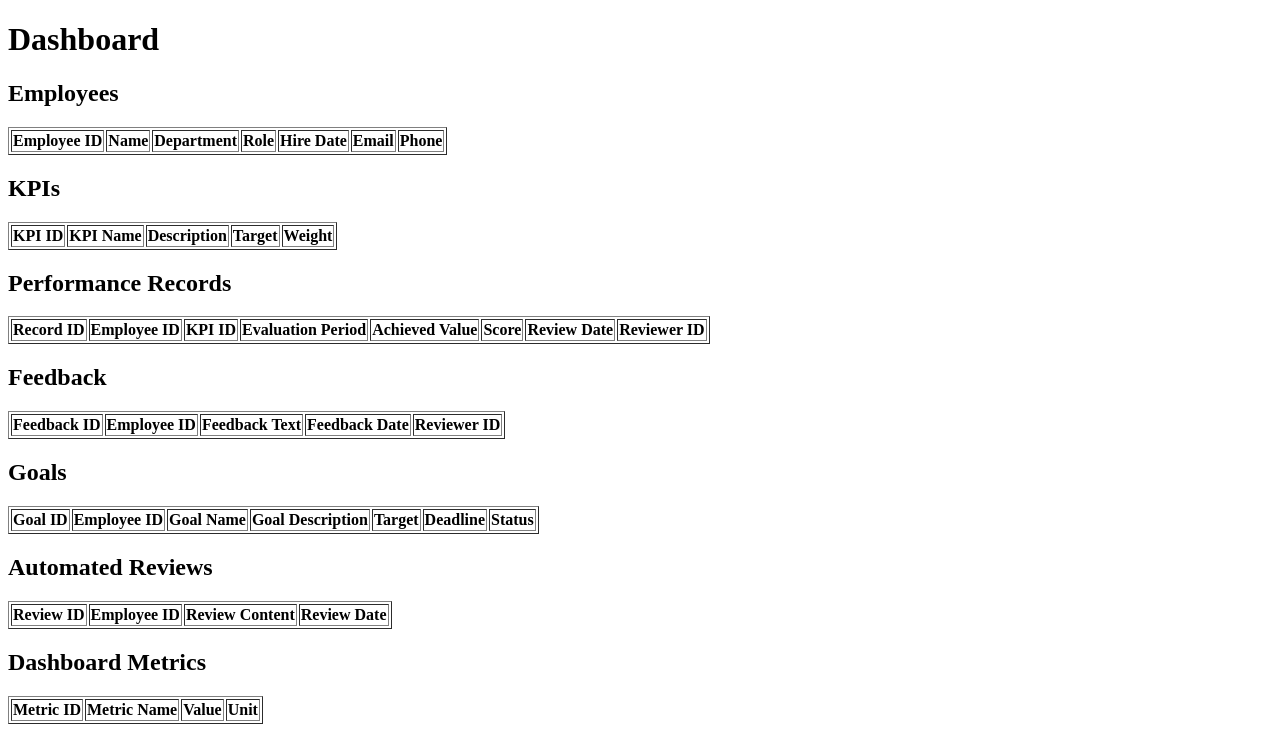
Repository: Wuda2000/Mongodb
Page: http://localhost/dashboard
An editor plug-in stored every save of this project. The page is shown before and after the next save, followed by the edit.
The browser window is 1280 px wide. The pictures show the whole page.
The page is served by the project's application, run on Flask 3 (app.py). Queries for data that is not in the repository find no rows.

Above is the page before, as saved 2024-11-11 18:22:37.

After the next save:
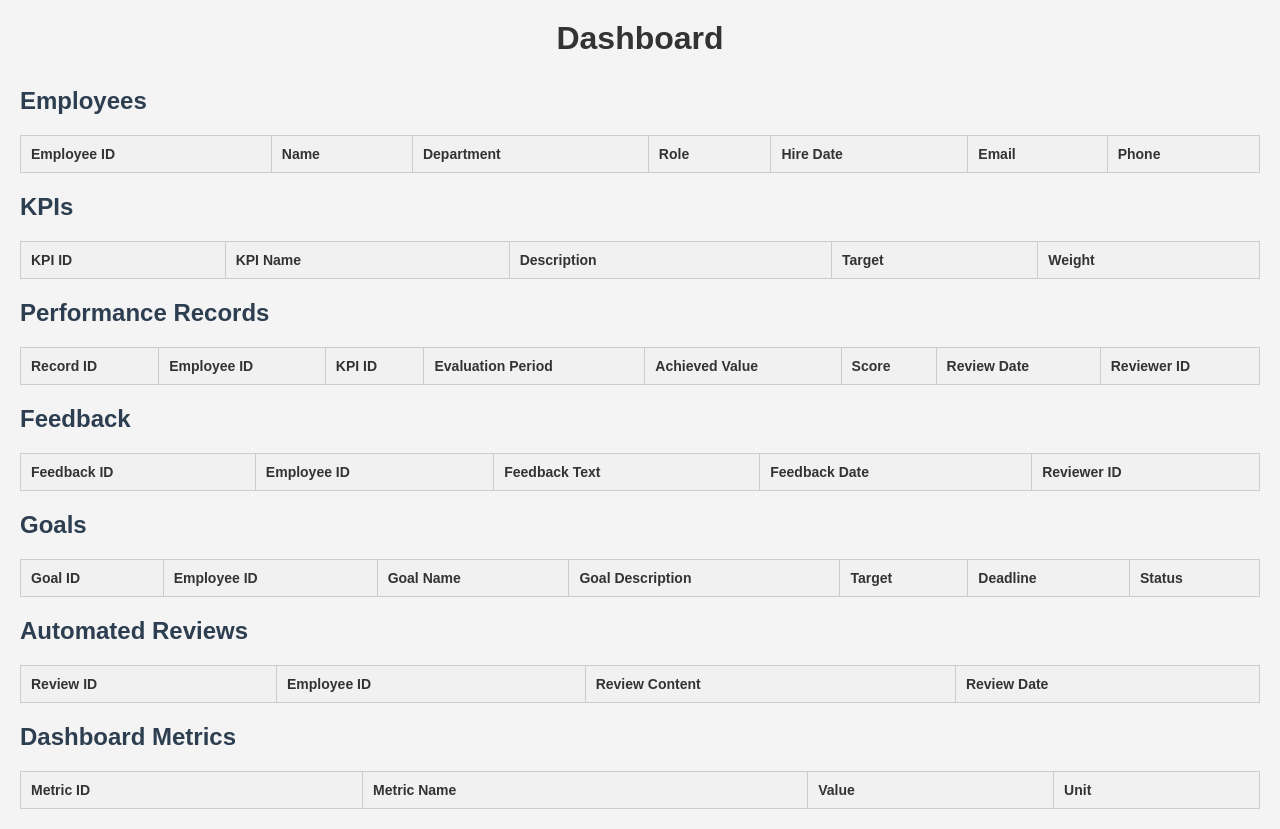
Saved 64 s later.
--- a/templates/dashboard.html
+++ b/templates/dashboard.html
@@ -4,6 +4,7 @@
     <meta charset="UTF-8">
     <meta name="viewport" content="width=device-width, initial-scale=1.0">
     <title>Dashboard</title>
+    <link rel="stylesheet" href="{{ url_for('static', filename='styles.css') }}">
 </head>
 <body>
     <h1>Dashboard</h1>
